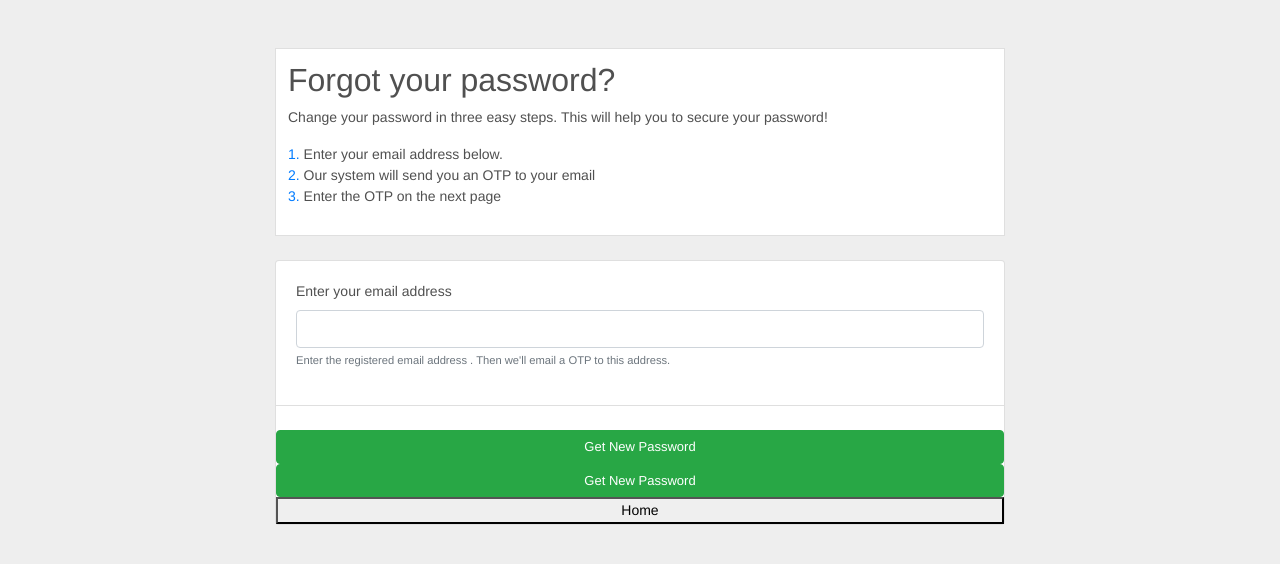
Repository: Hammam0827/maven-jenkins-exercise
Page: http://localhost/devops_project/forgotPassword.jsp
The author's editor kept a copy of each file at every save. The page is drawn from the files as they stood at one save, then again after the next save.
The browser window is 1280 px wide. The pictures show the whole page.
Some web libraries are served in a nearby version. The page is served by Tomcat 9. Other server files are loaded and not shown.

Above is the page before, as saved 2022-12-01 10:48:59.

### devops_project/src/main/webapp/forgotPassword.jsp
<!doctype html>
<html>
<head>
<meta charset='utf-8'>
<meta name='viewport' content='width=device-width, initial-scale=1'>
<title>Forgot Password</title>
<link
	href='https://stackpath.bootstrapcdn.com/bootstrap/4.1.1/css/bootstrap.min.css'
	rel='stylesheet'>
<link href='' rel='stylesheet'>
<script type='text/javascript'
	src='https://cdnjs.cloudflare.com/ajax/libs/jquery/3.2.1/jquery.min.js'></script>
<style>
body {
	background-position: center;
	background-color: #eee;
	background-repeat: no-repeat;
	background-size: cover;
	color: #505050;
	font-family: "Rubik", Helvetica, Arial, sans-serif;
	font-size: 14px;
	font-weight: normal;
	line-height: 1.5;
	text-transform: none
}

.forgot {
	background-color: #fff;
	padding: 12px;
	border: 1px solid #dfdfdf
}

.padding-bottom-3x {
	padding-bottom: 72px !important
}

.card-footer {
	background-color: #fff
}

.btn {
	font-size: 13px
}

.form-control:focus {
	color: #495057;
	background-color: #fff;
	border-color: #76b7e9;
	outline: 0;
	box-shadow: 0 0 0 0px #28a745
}
</style>
</head>
<body oncontextmenu='return false' class='snippet-body'>
	<div class="container padding-bottom-3x mb-2 mt-5">
		<div class="row justify-content-center">
			<div class="col-lg-8 col-md-10">
				<div class="forgot">

					<h2>Forgot your password?</h2>
					<p>Change your password in three easy steps. This will help you
						to secure your password!</p>
					<ol class="list-unstyled">
						<li><span class="text-primary text-medium">1. </span>Enter
							your email address below.</li>
						<li><span class="text-primary text-medium">2. </span>Our
							system will send you an OTP to your email</li>
						<li><span class="text-primary text-medium">3. </span>Enter
							the OTP on the next page</li>
					</ol>
				</div>
				<form class="card mt-4" action="forgotPassword" method="POST">
					<div class="card-body">
						<div class="form-group">
							<label for="email-for-pass">Enter your email address</label> <input
								class="form-control" type="text" name="email"
								id="email-for-pass" required=""><small
								class="form-text text-muted">Enter the registered email
								address . Then we'll email a OTP to this address.</small>
						</div>
					</div>
					<div class="card-footer">

					</div>
					<button class="btn btn-success" type="submit">Get New
							Password</button>
							<button class="btn btn-success" action="/devops_project/login.jsp" type="submit">Get New
							Password</button>
							<form action="/devops_project/login.jsp" class="inline">
						<button class="float-left submit-button">Home</button>
					</form>



				</form>
			</div>
		</div>
	</div>
	<script type='text/javascript'
		src='https://stackpath.bootstrapcdn.com/bootstrap/4.1.1/js/bootstrap.bundle.min.js'></script>
	<script type='text/javascript' src=''></script>
	<script type='text/javascript' src=''></script>
	<script type='text/Javascript'></script>
</body>
</html>

After the next save:
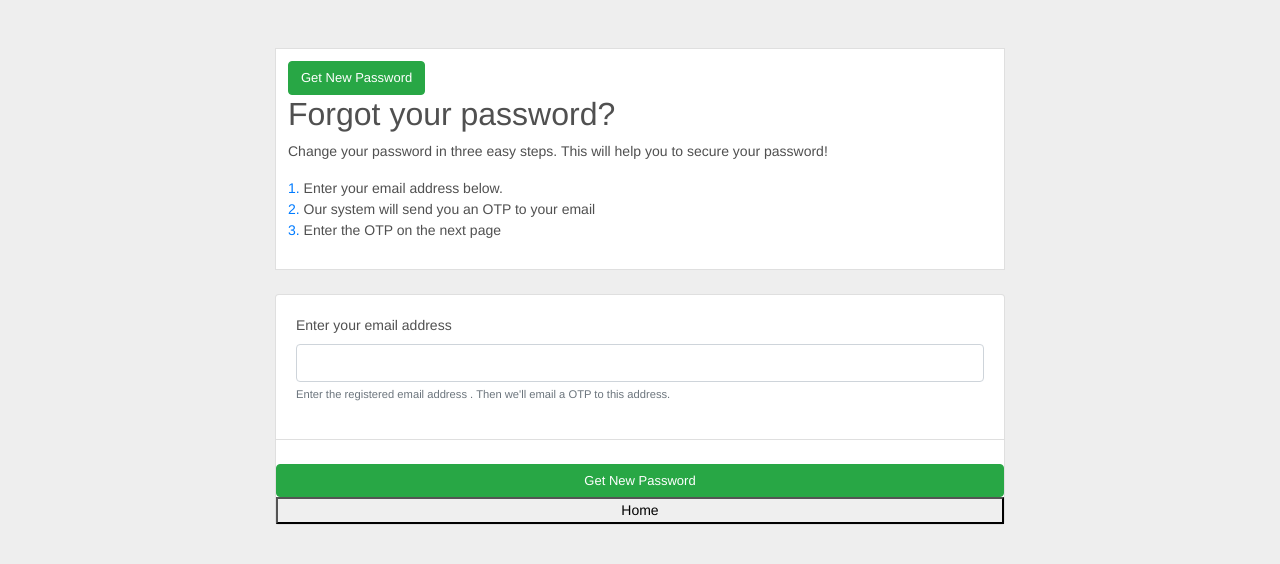
Saved 18 s later.
--- a/devops_project/src/main/webapp/forgotPassword.jsp
+++ b/devops_project/src/main/webapp/forgotPassword.jsp
@@ -56,6 +56,8 @@ body {
 		<div class="row justify-content-center">
 			<div class="col-lg-8 col-md-10">
 				<div class="forgot">
+				<button class="btn btn-success" action="/devops_project/login.jsp" type="submit">Get New
+							Password</button>
 
 					<h2>Forgot your password?</h2>
 					<p>Change your password in three easy steps. This will help you
@@ -84,8 +86,7 @@ body {
 					</div>
 					<button class="btn btn-success" type="submit">Get New
 							Password</button>
-							<button class="btn btn-success" action="/devops_project/login.jsp" type="submit">Get New
-							Password</button>
+
 							<form action="/devops_project/login.jsp" class="inline">
 						<button class="float-left submit-button">Home</button>
 					</form>
